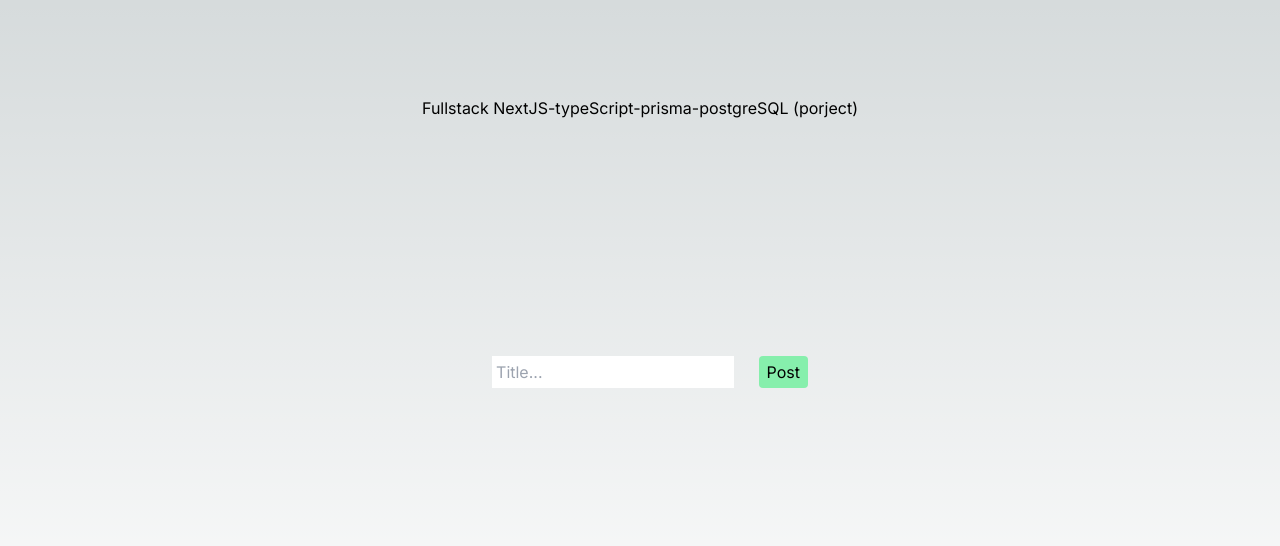
Repository: badhon252/fullstack-next-typescript-prisma-stuff
Page: /
An editor plug-in stored every save of this project. The page is shown before and after the next save, followed by the edit.
The browser window is 1280 px wide. The pictures show the whole page.
The page's requests for data from a server got no answer. The project was rebuilt for these pictures with package versions that can differ from the ones it lists, and the page was loaded fresh each time. The framework's server and built-in components were replaced by stand-ins that run in the browser. No one was signed in, and anything a server would have sent is missing. Also part of the build but not shown: next.config.js.

Above is the page before, as saved 2023-05-12 02:36:38.

### app/layout.tsx
import "./globals.css";
import { Inter } from "next/font/google";

const inter = Inter({ subsets: ["latin"] });

export const metadata = {
  title: "TalentForge",
  description: "Generated by create next app",
};

export default function RootLayout({
  children,
}: {
  children: React.ReactNode;
}) {
  return (
    <html lang="en">
      <body className={inter.className}>{children}</body>
    </html>
  );
}

### app/page.tsx
"use client";
import { useEffect, useState } from "react";
import FormData from "./Form";
import { useRouter } from "next/navigation";

interface Post {
  id: number;
  title: string;
}

async function getPosts(): Promise<Post[]> {
  try {
    const response = await fetch(`/api/getPosts`);
    if (!response.ok) {
      throw new Error("Unable to fetch posts");
    }
    return response.json();
  } catch (error) {
    console.error("Error fetching posts:", error);
    return [];
  }
}

export default function Home() {
  const [posts, setPosts] = useState<Post[]>([]);
  const router = useRouter();

  useEffect(() => {
    async function fetchData() {
      try {
        const data = await getPosts();
        console.log("Fetched posts:", data);
        setPosts(data);
      } catch (error) {
        console.error("Error fetching posts:", error);
      }
    }
    router.refresh();

    fetchData();
  }, []);

  console.log("Posts:", posts);

  return (
    <main className="flex min-h-screen flex-col items-center justify-between p-24">
      <h1>Fullstack NextJS-typeScript-prisma-postgreSQL (porject)</h1>
      <FormData />
      <ul className="post">
        {posts.map((post) => (
          <li key={post.id}>
            <h1 className="text-3xl">{post.title}</h1>
          </li>
        ))}
      </ul>
    </main>
  );
}

### app/Form.tsx
"use client";
import { useRouter } from "next/navigation";
import React, { useState } from "react";

export default function FormData() {
  const [title, setTitle] = useState("");
  // const [content, setContent] = useState("");
  const router = useRouter();

  //Create a submit post
  async function submitPost(e: React.FormEvent) {
    e.preventDefault();
    const data = await fetch("/api/createPost", {
      method: "POST",
      body: JSON.stringify({ title }),
    });
    const res = await data.json();
    router.refresh();
    if (!res.ok) console.log(res.message);
    setTitle("");
    // setContent("");
  }
  return (
    <form onSubmit={submitPost}>
      <input
        className="bg-gray m-5 p-1 text-black"
        type="text"
        name="title"
        placeholder="Title..."
        onChange={(e) => setTitle(e.target.value)}
        value={title}
      />{" "}
      {/* <textarea
        className="bg-gray m-5 p-1 text-black"
        name="content"
        placeholder="Content..."
        onChange={(e) => setContent(e.target.value)}
        value={content}
      /> */}
      <button
        type="submit"
        className="bg-green-300 py-1 px-2 hover:bg-green-600 rounded text-black"
      >
        Post
      </button>
    </form>
  );
}

Loaded but not shown: app/globals.css (common file); tailwind.config.js (common file)

After the next save:
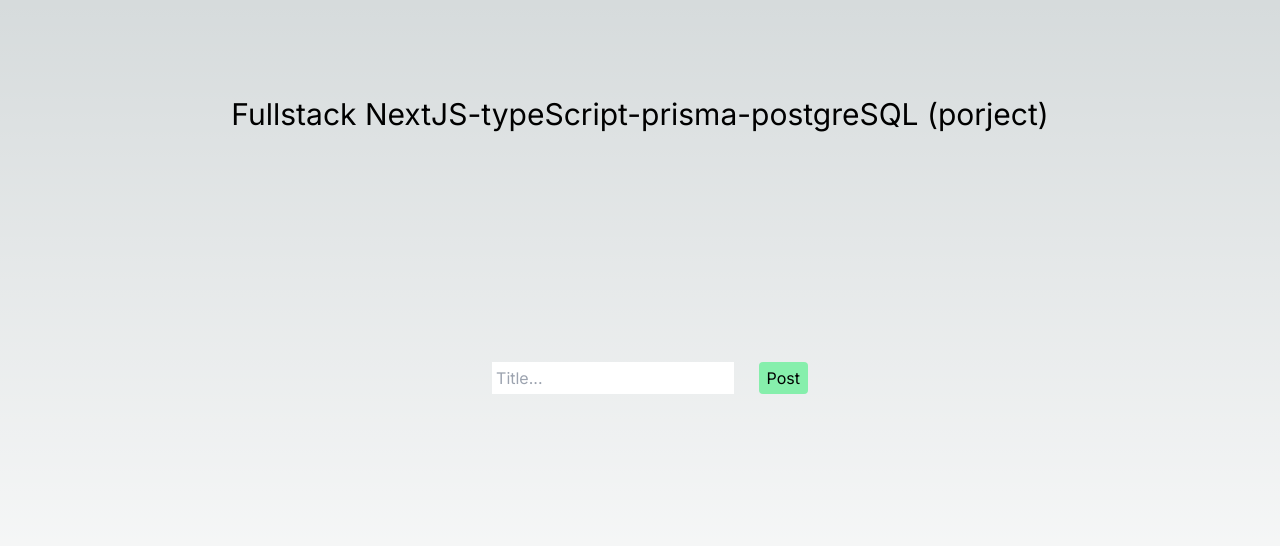
Saved 20 s later.
--- a/app/page.tsx
+++ b/app/page.tsx
@@ -44,7 +44,9 @@
 
   return (
     <main className="flex min-h-screen flex-col items-center justify-between p-24">
-      <h1>Fullstack NextJS-typeScript-prisma-postgreSQL (porject)</h1>
+      <h1 className="text-3xl">
+        Fullstack NextJS-typeScript-prisma-postgreSQL (porject)
+      </h1>
       <FormData />
       <ul className="post">
         {posts.map((post) => (
